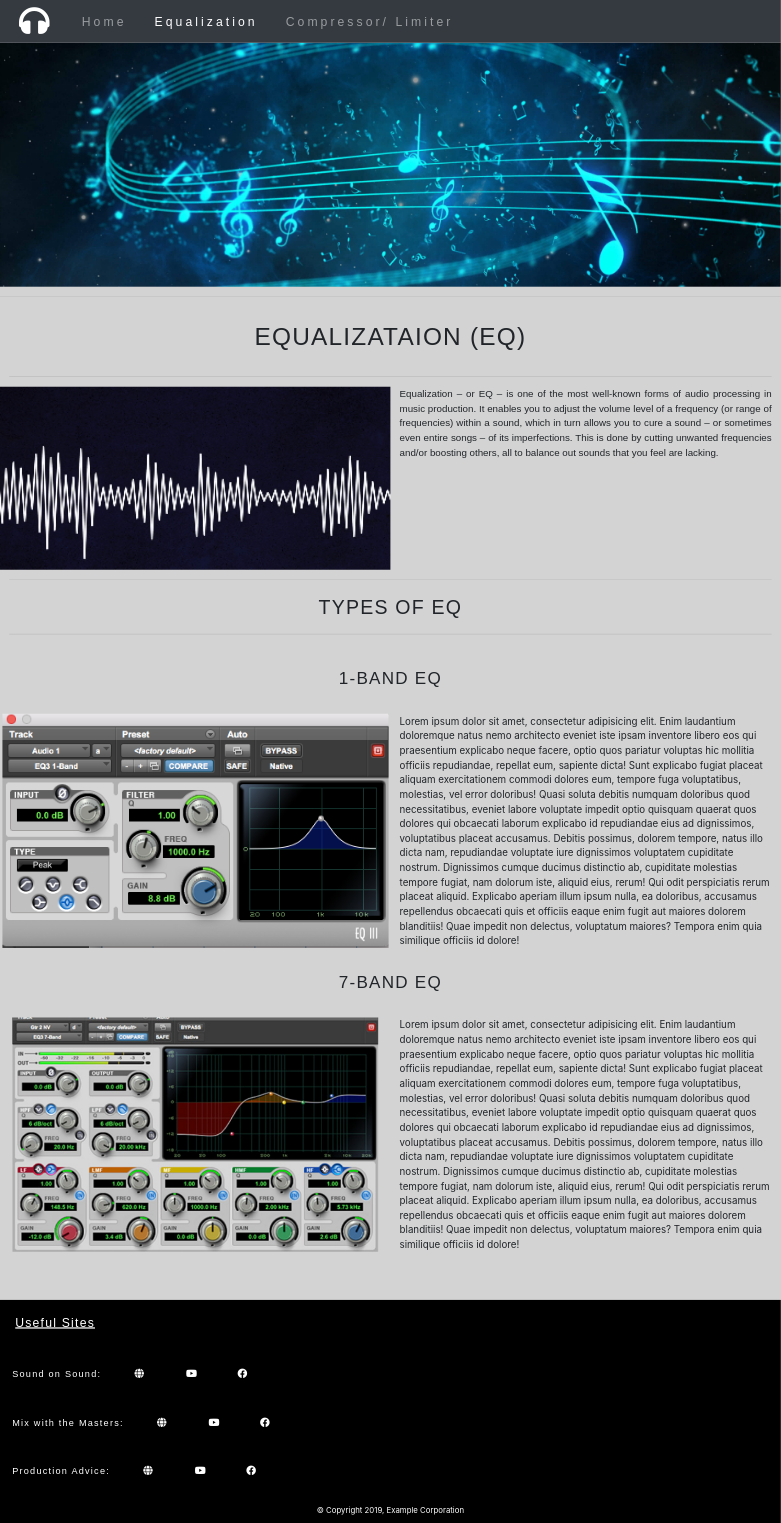
Repository: djjtyn/CIMilestoneProject1
Page: eq.html
The author's editor kept a record of every edit. The page is drawn from the files as they stood at one moment, then again after the next edit.
The browser window is 1280 px wide. The pictures show the whole page, at 61% of full size.
Some web libraries are served in a nearby version.

Above is the page before.
Console error (its wording comes from the project's code and is left out).

### eq.html
<!DOCTYPE html>
<html lang="en">
<head>
    <meta charset="UTF-8">
    <meta name="viewport" content="width=device-width, initial-scale=1.0">
    <meta http-equiv="X-UA-Compatible" content="ie=edge">
    <link rel="stylesheet" href="https://stackpath.bootstrapcdn.com/bootstrap/4.3.1/css/bootstrap.min.css" integrity="sha384-ggOyR0iXCbMQv3Xipma34MD+dH/1fQ784/j6cY/iJTQUOhcWr7x9JvoRxT2MZw1T" crossorigin="anonymous">
    <link href="https://cdnjs.cloudflare.com/ajax/libs/font-awesome/5.9.0/css/all.min.css" rel="stylesheet">
    <link rel="stylesheet" href="css/style.css" type="text/css" />
    <title>Digital Audio Workstation</title>
</head>
<body>
  <nav class="navbar navbar-expand-md navbar-dark bg-dark fixed">
            <div class="nav-brand">
                <i class="fas fa-headphones"></i>
            </div>
            <button class="navbar-toggler" type="button" data-toggle="collapse" data-target="#navbarResponsive" aria-hidden="true">
                <span class="navbar-toggler-icon"></span>
            </button>

            <div class="collapse navbar-collapse" id="navbarResponsive">
                <ul class="navbar-nav mr-auto">
                    <li class="nav-item">
                        <a class="nav-link" href="index.html">Home</a>
                    </li>
                      <li class="nav-item">
                        <a class="nav-link active" href="eq.html">Equalization</a>
                    </li>
                      <li class="nav-item">
                        <a class="nav-link" href="compressor.html">Compressor/ Limiter</a>
                    </li>
                </ul>
            </div>
        </nav> <!--NAVBAR-->

  <div class="no-gutters common-img "></div>                                  <!--COMMON PIC-->

  <hr>
                                                                            <!--MAIN-->
  <section class="container-fluid">
    <div class="row">
      <div class="col-12">
        <h1>EQUALIZATAION (EQ)</h1>
      </div>
    </div>
    <hr>

    <div class="row">
      <div class="col-12 col-md-6 eq"></div>
      <div class="col-12 col-md-6">
        <p>Equalization – or EQ – is one of the most well-known forms of audio processing in music production. It enables you to adjust the volume level of a frequency (or range of frequencies) within a sound, which in turn allows you to cure a sound – or sometimes even entire songs – of its imperfections. This is done by cutting unwanted frequencies and/or boosting others, all to balance out sounds that you feel are lacking.</p>
      </div>
    </div>
    <hr>
    <h2>Types of EQ</h2>
    <hr>

    <div class="row">
      <div class="col-12">
        <h3>1-Band EQ</h3>
      </div>

      <div class="col-12 col-md-6 oneband"></div>
      <div class="col-12 col-md-6">
    Lorem ipsum dolor sit amet, consectetur adipisicing elit. Enim laudantium doloremque natus nemo architecto eveniet iste ipsam inventore libero eos qui praesentium explicabo neque facere, optio quos pariatur voluptas hic mollitia officiis repudiandae, repellat eum, sapiente dicta! Sunt explicabo fugiat placeat aliquam exercitationem commodi dolores eum, tempore fuga voluptatibus, molestias, vel error doloribus! Quasi soluta debitis numquam doloribus quod necessitatibus, eveniet labore voluptate impedit optio quisquam quaerat quos dolores qui obcaecati laborum explicabo id repudiandae eius ad dignissimos, voluptatibus placeat accusamus. Debitis possimus, dolorem tempore, natus illo dicta nam, repudiandae voluptate iure dignissimos voluptatem cupiditate nostrum. Dignissimos cumque ducimus distinctio ab, cupiditate molestias tempore fugiat, nam dolorum iste, aliquid eius, rerum! Qui odit perspiciatis rerum placeat aliquid. Explicabo aperiam illum ipsum nulla, ea doloribus, accusamus repellendus obcaecati quis et officiis eaque enim fugit aut maiores dolorem blanditiis! Quae impedit non delectus, voluptatum maiores? Tempora enim quia similique officiis id dolore!
      </div>
    </div>


    <div class="row">
      <div class="col-12">
        <h3>7-Band EQ</h3>
      </div>
    </div>

    <div class="row int">
      <div class="col-12 col-md-6 sevenband"></div>
      <div class="col-12 col-md-6">

Lorem ipsum dolor sit amet, consectetur adipisicing elit. Enim laudantium doloremque natus nemo architecto eveniet iste ipsam inventore libero eos qui praesentium explicabo neque facere, optio quos pariatur voluptas hic mollitia officiis repudiandae, repellat eum, sapiente dicta! Sunt explicabo fugiat placeat aliquam exercitationem commodi dolores eum, tempore fuga voluptatibus, molestias, vel error doloribus! Quasi soluta debitis numquam doloribus quod necessitatibus, eveniet labore voluptate impedit optio quisquam quaerat quos dolores qui obcaecati laborum explicabo id repudiandae eius ad dignissimos, voluptatibus placeat accusamus. Debitis possimus, dolorem tempore, natus illo dicta nam, repudiandae voluptate iure dignissimos voluptatem cupiditate nostrum. Dignissimos cumque ducimus distinctio ab, cupiditate molestias tempore fugiat, nam dolorum iste, aliquid eius, rerum! Qui odit perspiciatis rerum placeat aliquid. Explicabo aperiam illum ipsum nulla, ea doloribus, accusamus repellendus obcaecati quis et officiis eaque enim fugit aut maiores dolorem blanditiis! Quae impedit non delectus, voluptatum maiores? Tempora enim quia similique officiis id dolore!
      </div>
    </div>
    </section>



  <footer class="container-fluid links">
    <h5 class="uppercase">Useful Sites</h5>
    <div class="sos">
      <h6>Sound on Sound:</h6>
    <a href="https://www.soundonsound.com/" target="_blank"> <i class="fas fa-globe"></i></a>
    <a href="https://www.youtube.com/channel/UCFw2zGrdiLLAwbNQra1vtnA" target="_blank"><i class="fab fa-youtube"></i></a>
    <a href="https://www.facebook.com/soundonsoundmag/" target="_blank"><i class="fab fa-facebook"></i></a>
    </div>
    <div class="mwthm">
      <h6>Mix with the Masters:</h6>
    <a href="https://mixwiththemasters.com/" target="_blank"><i class="fas fa-globe"></i></a>
    <a href="https://www.youtube.com/user/MixWithTheMASTERS" target="_blank"><i class="fab fa-youtube"></i></a>
      <a href="https://www.facebook.com/MixWithTheMasters/" target="_blank"><i class="fab fa-facebook"></i></a>
    </div>
     <div class="pa">
      <h6>Production Advice:</h6>
    <a href="https://productionadvice.co.uk/" target="_blank"><i class="fas fa-globe"></i></a>
    <a href="https://www.youtube.com/channel/UCMFrnWIF6N5YtOZzmCGP16A" target="_blank"><i class="fab fa-youtube"></i></a>
     <a href="https://www.facebook.com/ProductionAdvice/" target="_blank"><i class="fab fa-facebook"></i></a>
    </div>

    <div class="copy">
      <small>&copy; Copyright 2019, Example Corporation</small>
    </div>




    </footer>

</body>
<script src="https://cdnjs.cloudflare.com/ajax/libs/jquery/3.2.1/jquery.min.js"></script>
<script src="https://cdnjs.cloudflare.com/ajax/libs/twitter-bootstrap/4.0.0-alpha.6/js/bootstrap.min.js"></script>
</html>

### css/style.css
h1, h2, h3 {
    text-align: center;
    font-family: Arial;
    padding: 5;
    margin:2%;
    letter-spacing: 2px;
    text-transform: uppercase;
}

h3{
    padding: 15px;
}

p{
    text-align: justify;
    font-family: Arial;
}


/*-------------------------------------------------NAVBAR---*/

nav{
    height: 70px;
    font-size: 20px;
    color: #fff;
}

.fa-headphones{
    padding-left: 15px;
    padding-right:15px;
    margin-right: 15px;
    font-size: 50px;
}

nav ul li {
    padding:15px;
    font-family: Arial;
    letter-spacing: 5px;}

/*-------------------------------------------------COMMON IMG---*/
.common-img {
    height: 400px;
    width: 100%;
    background-image: url("../images/bg.jpg");
    background-size: cover;
    background-repeat: no-repeat;
    background-position: center;
   width: 100%;
   }


/*-------------------------------------------------MAIN---*/
h1, h2, h3 {
    text-align: center;
}

body{
    background-color: #d3d3d3;
}

.pro-tools, .ableton, .audacity, .audition {
    display: inline-block;
    padding: 2%;
}

.icons {
    text-align: center;}


/*-------------------------------------------------Requirements--*/
.comp h3{
    margin-bottom:35px;
    margin-top:0;
}

.comp ul {
    text-align:center;
    padding:15px;
}



.comp .fa-apple-alt{
    padding:10px;
}

.computer {
    width: 356px;
    height: 300px;
    background-image: url("../images/computer.jpg");
    background-size: contain;
    background-repeat: no-repeat;
    }




.interface{
    background-image: url("../images/interface.jpg");
     height: 300px;
     width:100%;
    background-size: contain;
    background-repeat: no-repeat;}

.microphone{
    background-image: url("../images/microphones.png");
     height: 300px;
    background-size: contain;
    background-repeat: no-repeat;
    background-position:center;

}

.comp, .mic, .int{
    margin-bottom:15px;
   }

ul{
    list-style: none;
    letter-spacing: 2px;
}


/*-------------------------------------------------FOOTER---*/


footer {
    background-color: #000;
    margin-top:5%;


}

h5 {
    font-family: Arial;
    color: #fff;
    letter-spacing: 2px;
    text-decoration: underline;
    font-weight: 300;
    padding: 15px;
    margin: 5;
}

h6 {
    font-family: Arial;
    letter-spacing: 2px;
    color: white;
    font-size: 15px;
}

.links a, .links, h6 {
    display: inline-block;
    padding: 10px;}

footer i {
    height: 30px;
    width: 20px;
    color: #fff;
    padding: 15px;
    margin: 15px;
    transition-timing-function: ease-in-out;
    transition-duration: .5s;
}

.copy{
    color: #fff;
    text-align: center;
    margin-top: 20px;
}

footer i:hover {
  color: red;
}

 /*-------------------------------------------------EQ---*/
 .eq{
     background-image: url("../images/EQ.png");
     background-size: cover;
     background-repeat: no-repeat;
     height: 300px;
     width:100%;
 }

 .oneband {
     background-image: url("../images/1band.png");
     background-size: contain;
     background-repeat: no-repeat;
     background-position: center;
     width:100%;
 }

 .sevenband{
     background-image: url("../images/7band.jpg");
     width:100%
     background-size: contain;
     background-repeat: no-repeat;
     background-position: center;


 }

After the next edit:
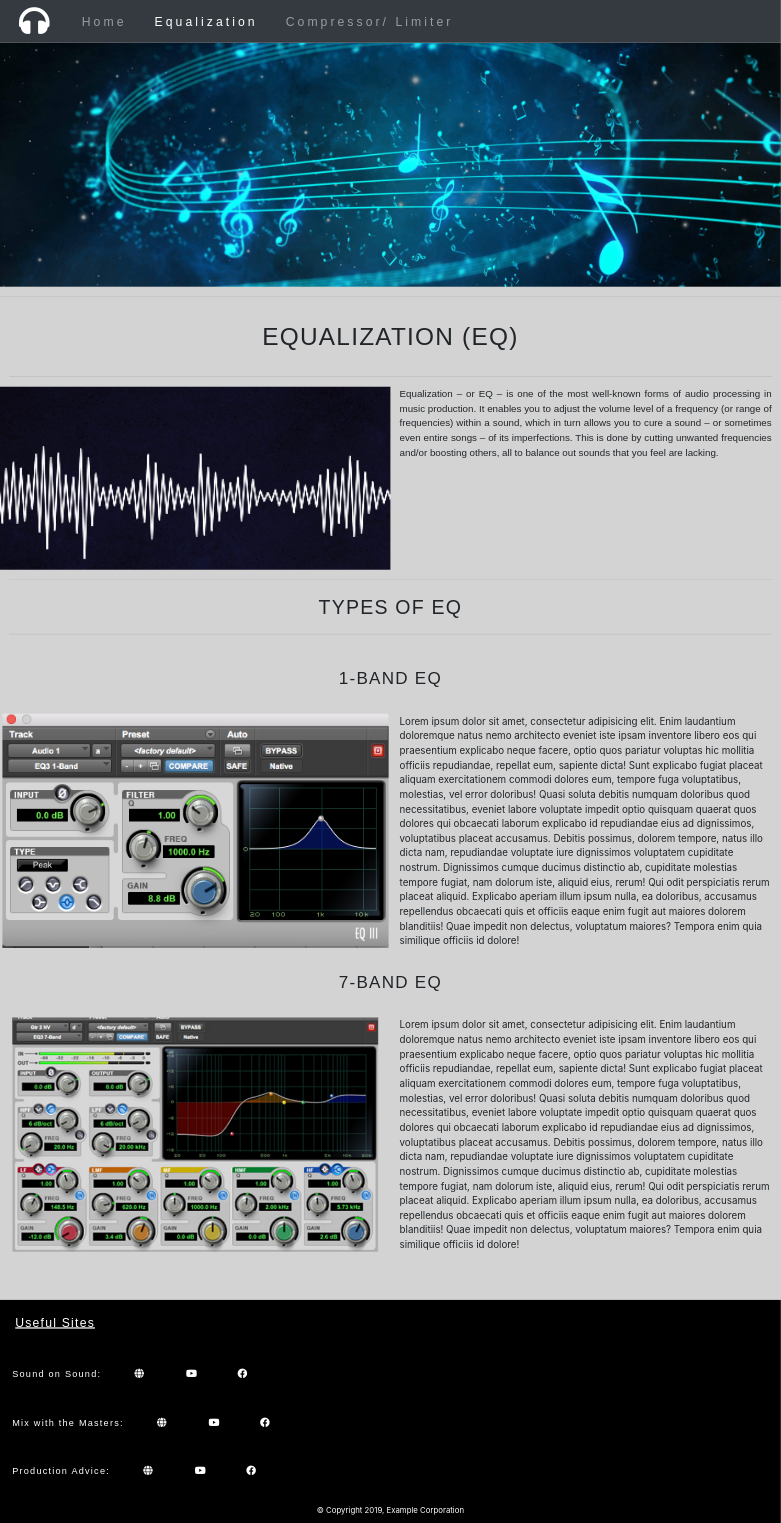
The edit:
--- a/eq.html
+++ b/eq.html
@@ -40,7 +40,7 @@
   <section class="container-fluid">
     <div class="row">
       <div class="col-12">
-        <h1>EQUALIZATAION (EQ)</h1>
+        <h1>EQUALIZATION (EQ)</h1>
       </div>
     </div>
     <hr>
